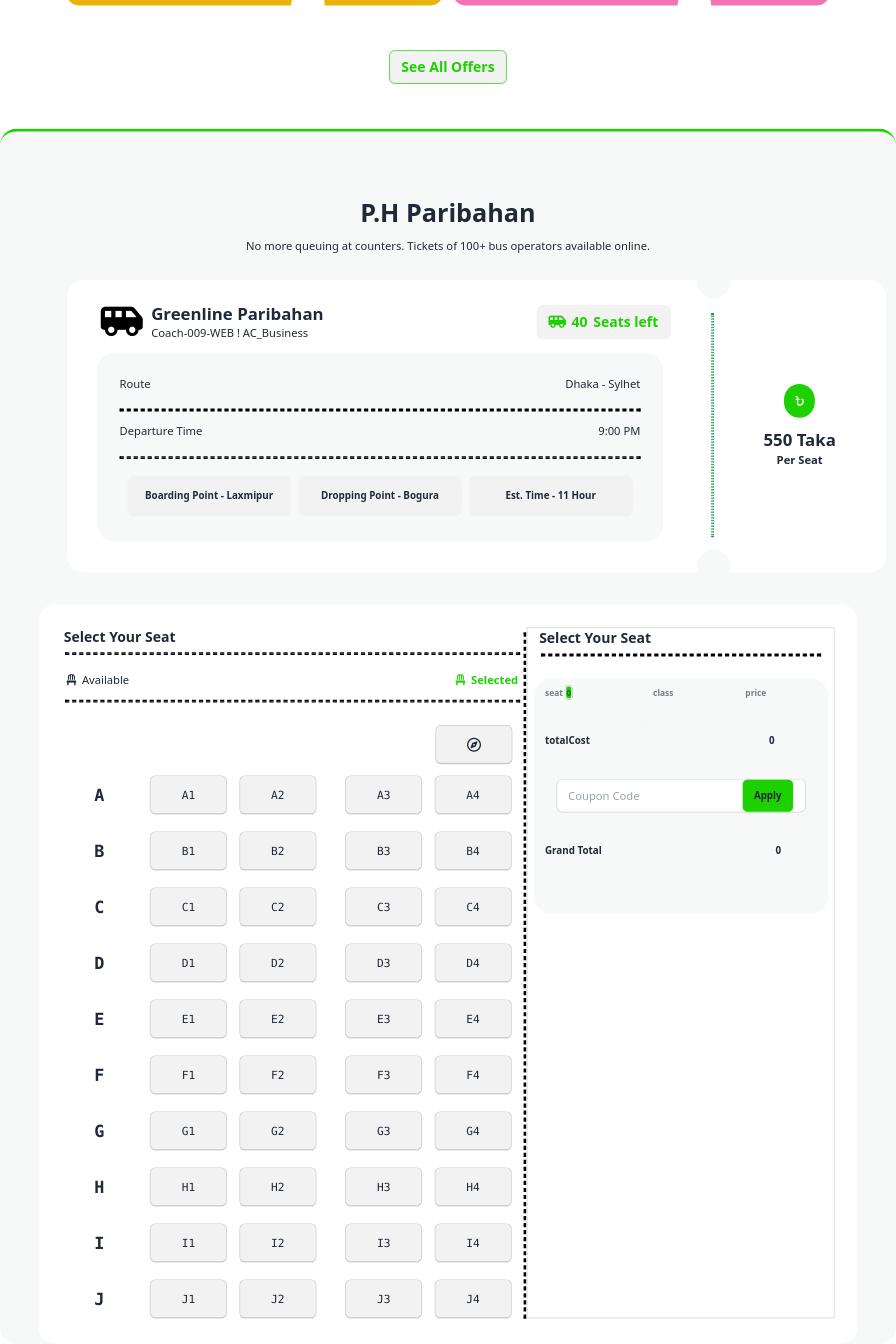
Repository: RudrasahaDibos/Smart-ticketing
Page: index.html
An editor plug-in stored every save of this project. The page is shown before and after a run of saves, followed by the edit.
The browser window is 1280 px wide. The pictures show the part of the page from y = 1134 to 3054 px (the page is 3054 px tall), at 70% of full size.
Some web fonts or font styles are not loaded; a fallback is used. Some web libraries are served in a nearby version.

Above is the page before, as saved 2024-11-10 16:09:26.

### index.html
<!DOCTYPE html>
<html lang="en">
  <head>
    <meta charset="UTF-8">
    <meta name="viewport" content="width=device-width, initial-scale=1.0">
    <title>Smart-ticketing</title>
    <!-- tailwind link -->
    <link href="https://cdn.jsdelivr.net/npm/daisyui@4.12.14/dist/full.min.css"
      rel="stylesheet" type="text/css" />
    <script src="https://cdn.tailwindcss.com"></script>
    <!-- font awesome link -->
    <link rel="stylesheet"
      href="https://cdnjs.cloudflare.com/ajax/libs/font-awesome/6.6.0/css/all.min.css"
      integrity="sha512-Kc323vGBEqzTmouAECnVceyQqyqdsSiqLQISBL29aUW4U/M7pSPA/gEUZQqv1cwx4OnYxTxve5UMg5GT6L4JJg=="
      crossorigin="anonymous" referrerpolicy="no-referrer" />

    <!-- google fonts  -->
    <link rel="preconnect" href="https://fonts.googleapis.com">
    <link rel="preconnect" href="https://fonts.gstatic.com" crossorigin>
    <link
      href="https://fonts.googleapis.com/css2?family=Anton+SC&family=Manrope:wght@200..800&family=Raleway:ital,wght@0,100..900;1,100..900&display=swap"
      rel="stylesheet">

    <style>
.raleway{
  font-family: "Raleway", sans-serif;
}
</style>

  </head>
  <body>
    <!-- header ends here -->
    <header class="container mx-auto lg:pl-24 lg:pr-24 lg:pt-4 w-[1400px]">
      <div>
        <!-- navbar starts here -->
        <div class="navbar bg-base-100">
          <div class="navbar-start">
            <div class="dropdown">
              <div tabindex="0" role="button" class="btn btn-ghost lg:hidden">
                <svg
                  xmlns="http://www.w3.org/2000/svg"
                  class="h-5 w-5"
                  fill="none"
                  viewBox="0 0 24 24"
                  stroke="currentColor">
                  <path
                    stroke-linecap="round"
                    stroke-linejoin="round"
                    stroke-width="2"
                    d="M4 6h16M4 12h8m-8 6h16" />
                </svg>
              </div>
              <ul
                tabindex="0"
                class="menu menu-sm dropdown-content bg-base-100 rounded-box z-[1] mt-3 w-52 p-2 shadow">
                <li><a>Home</a></li>
                <li><a>About</a></li>
                <li><a>Destination</a></li>
                <li><a>Search</a></li>
              </ul>
            </div>
            <a class="btn btn-ghost text-2xl font-extrabold">E-Ticket</a>
          </div>
          <div class="navbar-center hidden lg:flex">
            <ul class="menu menu-horizontal px-1">
              <li><a>Home</a></li>
              <li><a>About</a></li>
              <li><a>Destination</a></li>
              <li><a>Search</a></li>
            </ul>
          </div>
          <div class="navbar-end">
            <a class="btn text-[#1DD100]  border-1  text-xl">Bus <i
                class="fa-solid fa-van-shuttle"></i></a>
          </div>
        </div>
      </div>

      <!-- banner start here -->

      <div
        class="hero h-[550px] mt-8 bg-[url('/images/banner.png')] rounded-3xl relative">

        <div class="hero-content text-neutral-content text-center">
          <div class>
            <h1 class="mb-5 text-5xl font-extrabold">End-to-End Travel with <br>
              <span class="text-5xl text-[#1DD100]  font-extrabold">P
                Paribahan</span></h1>
            <p class="mb-5">
              A one-stop solution for your travel needs

              Introducing you to the Shohoz way of life
            </p>
            <button class="btn bg-[#1DD100] border-none">Buy Tickets</button>
          </div>
        </div>
      </div>

      <!-- banner end here -->

      <!-- 3 card start here  -->

      <div
        class=" flex justify-between items-center gap-4 pl-16 pr-16 absolute -bottom-4   ">
        <div
          class="stat flex bg-white justify-center items-center shadow-xl  border-b-4 border-b-[#1DD100]  rounded-2xl w-[338px] h-[138px]">
          <div class="text-[#1DD100] text-2xl font-extrabold ">
            <i class="fa-solid fa-users"></i>
          </div>

          <div>
            <div class="stat-value">500K+</div>
            <div class="stat-desc text-xl ">Registered users</div>
          </div>

        </div>

        <div
          class="stat flex bg-white justify-center items-center  border-b-4 border-b-[#1DD100] shadow-xl  rounded-2xl w-[338px] h-[138px]">
          <div class="text-[#1DD100] text-2xl font-extrabold ">
            <i class="fa-solid fa-ticket  "></i>

          </div>

          <div>
            <div class="stat-value">1.7 lacks</div>
            <div class="stat-desc text-xl ">Tickets sold</div>
          </div>

        </div>

        <div
          class="stat flex bg-white justify-center items-center  border-b-4 border-b-[#1DD100] shadow-xl  rounded-2xl w-[338px] h-[138px]">
          <div class="text-[#1DD100] text-2xl font-extrabold ">
            <i class="fa-solid fa-van-shuttle"></i>

          </div>

          <div>
            <div class="stat-value">80K+</div>
            <div class="stat-desc text-xl ">Rental partners</div>
          </div>

        </div>
      </div>

      <!-- 3 card ends here -->

      <!-- navbar Ends here -->
    </header>
    <!-- header ends here -->

    <!-- main start here -->
    <main class>
      <!-- Best offers for you start here -->
      <section
        class="mt-40 container mx-auto  lg:pl-24 lg:pr-24 lg:pt-4 w-[1400px]">
        <h1 class="text-4xl font-semibold text-center">Best offers for you</h1>
        <!-- two card start here -->
        <div class="flex  flex-col lg:flex-row gap-4 mt-10">
          <div class="bg-yellow-500  w-[573px] h-[220px]  rounded-2xl">

            <div>

              <div class=" w-[50%] mt-14 ml-14">
                <h1 class="text-4xl font-extrabold">15% OFF</h1>
                <p class="text-xl font-bold">on your next purchase</p>
                <p class="text-xl font-bold">use by January 2024</p>
              </div>

              <div class=" w-1/4 -mt-20 ml-auto mr-14  text-center">
                <h1 class="text-4xl font-extrabold">NEW15</h1>
                <p class="text-xl font-bold">Coupon Code</p>

              </div>
            </div>
            <p
              class="bg-white w-[48px] h-[48px] absolute mx-auto rounded-full ml-80 -mt-40  "></p>
            <p
              class="bg-white w-[48px] h-[48px] absolute mx-auto rounded-full ml-80 mt-[55px]  "></p>
            <p
              class="border-2 border-dotted border-white relative w-0 h-32 -mt-[95px] ml-[343px]  "></p>

          </div>
          <div class="bg-pink-400   w-[573px] h-[220px] rounded-2xl">
            <div>

              <div class=" w-[50%] mt-14 ml-14">
                <h1 class="text-4xl font-extrabold">20% OFF</h1>
                <p class="text-xl font-bold">on your next purchase</p>
                <p class="text-xl font-bold">use by January 2024</p>
              </div>

              <div class="  w-2/4 -mt-20 ml-[300px] mr-14  text-center">
                <h1 class="text-4xl font-extrabold">Couple 20</h1>
                <p class="text-xl font-bold">Coupon Code</p>

              </div>
            </div>
            <p
              class="bg-white w-[48px] h-[48px] absolute mx-auto rounded-full ml-80 -mt-40  "></p>
            <p
              class="bg-white w-[48px] h-[48px] absolute mx-auto rounded-full ml-80 mt-[55px]  "></p>
            <p
              class="border-2 border-dotted border-white relative w-0 h-32 -mt-[95px] ml-[343px]  "></p>
          </div>
        </div>
        <div class=" text-center mt-16">
          <a class="btn text-[#1DD100]  border-1 border-[#1DD100] text-xl">See
            All Offers
          </a>
        </div>
        <!-- two card end here -->
      </section>

      <!-- Best offers for you ends here -->
      <!-- tickeing process start here -->
      <section
        class="bg-[#F7F8F8] w-full min-h-screen rounded-3xl mt-16 border-t-4 border-t-[#1DD100]">

        <div class="container mx-auto  lg:pl-24 lg:pr-24 lg:pt-4 w-[1400px]">
          <h1 class="text-4xl font-semibold text-center mt-20">P.H Paribahan
          </h1>
          <p class=" text-center w-[736px] h-[60px] mx-auto mt-4">No more
            queuing at counters. Tickets of 100+ bus operators available online.
          </p>
          <!-- Greenline Paribahan  start here-->

          <div
            class="bg-[#FFFFFF] w-[1170px] h-[418px] rounded-3xl  container mx-auto p-8 flex justify-between ">
            <div class=" w-3/4">
              <!-- Coach-009-WEB ! AC_Business start here -->
              <div class="flex justify-between ">

                <div class="flex justify-center items-center gap-3 ml-4 ">
                  <div class="text-5xl text-black  ">
                    <i class="fa-solid fa-van-shuttle "></i>
                  </div>
                  <div>
                    <h1 class="text-2xl font-bold">Greenline Paribahan</h1>
                    <p>Coach-009-WEB ! AC_Business</p>
                  </div>
                </div>

                <div class="flex felx-col justify-end mt-1">
                  <a class="btn text-[#1DD100]  border-1  text-xl"> <i
                      class="fa-solid fa-van-shuttle"></i> <span>40</span> Seats
                    left </a>
                </div>
              </div>
              <!-- Coach-009-WEB ! AC_Business end here -->

              <!-- Dhaka - Sylhet starts here -->
              <div
                class="bg-[#F7F8F8] w-[808px] h-[270px] mt-4 mx-auto rounded-3xl">

                <div class>
                  <div class="flex justify-between p-4 ">
                    <h1 class="ml-4 mt-4">Route</h1>
                    <h1 class="mr-4 mt-4">Dhaka - Sylhet</h1>
                  </div>

                  <div
                    class="border-dashed border-black border-2 mt-2  w-[744px] mx-auto h-0"></div>

                  <div class="flex justify-between p-4 ">
                    <h1 class="ml-4">Departure Time</h1>
                    <h1 class="mr-4">9:00 PM</h1>
                  </div>
                  <div
                    class="border-dashed border-black border-2 mt-2  w-[744px] mx-auto h-0"></div>

                  <div class="mt-2 p-4 flex justify-center items-center gap-3">
                    <button class="btn   w-[232px] h-[56px]">Boarding Point -
                      Laxmipur</button>
                    <button class="btn  w-[232px] h-[56px]">Dropping Point -
                      Bogura</button>
                    <button class="btn  w-[232px] h-[56px]">Est. Time - 11
                      Hour</button>
                  </div>
                </div>
              </div>
              <!-- Dhaka - Sylhet end here -->

            </div>

            <div
              class=" text-center flex flex-col justify-center items-center mr-10">
              <i
                class="fa-solid fa-bangladeshi-taka-sign bg-[#1DD100] rounded-full  p-4 text-white "></i>
              <h1 class="text-2xl font-semibold mt-4"><span>550</span> Taka</h1>
              <p class="font-bold">Per Seat</p>
            </div>

          </div>
          <p
            class="bg-[#F7F8F8] w-[48px] h-[48px] absolute mx-auto rounded-full ml-[900px] -mt-[440px]  "></p>
          <p
            class="bg-[#F7F8F8] w-[48px] h-[48px] absolute mx-auto rounded-full ml-[900px] -mt-8  "></p>
          <p
            class="border-2 border-dotted border-green-600 relative w-0 h-80 -mt-[370px] ml-[920px]  "></p>

          <!-- Greenline Paribahan  ends here-->
        </div>

        <!-- Select Your Seat star here  -->
        <div
          class="bg-[#FFFFFF] w-[1170px] h-[1056px] rounded-3xl mt-24 container mx-auto  ">

          <div class="flex justify-between p-8">
            <div class="w-3/5 ">
              <p class="font-semibold text-xl ml-1">Select Your Seat</p>
              <div
                class="border-dashed border-black border-2 mt-2  w-[650px] mx-auto h-0"></div>
              <!-- seat available start here -->
              <div class="flex justify-between mt-4">

                <div class="flex gap-2 justify-center items-center p-2 ">
                  <i class="fa-solid fa-chair"></i>
                  <p>Available</p>
                </div>
                <div
                  class="flex gap-2 justify-center items-center p-2 text-[#1DD100] ">
                  <i class="fa-solid fa-chair font-bold"></i>
                  <p class="font-bold">Selected</p>
                </div>

              </div>
              <!-- seat available ends here -->
              <div
                class="border-dashed border-black border-2 mt-2  w-[650px] mx-auto h-0"></div>
                <!-- seat planing start here -->
               <div class="mt-8">
                    <div class="text-end  mr-4">
                      <kbd class="kbd  h-[56px] w-[110px] text-center mx-auto "><i class="fa-regular fa-compass text-xl"></i></kbd>
                    </div>
                    <!-- seat  start here-->
                     <div class="flex  justify-between">
                          <!-- seat is with door start -->
                          <div class="grid grid-cols-3  w-3/5 ">
                                  <div class="mx-auto mt-4 space-y-6">
                                    <kbd class="kbd  w-[110px] h-[56px] bg-[#ffffff]  border-none font-bold text-2xl">A</kbd>
                                    <kbd class="kbd  w-[110px] h-[56px]  bg-[#ffffff] border-none font-bold text-2xl">B</kbd>
                                    <kbd class="kbd  w-[110px] h-[56px]  bg-[#ffffff] border-none font-bold text-2xl">C</kbd>
                                    <kbd class="kbd  w-[110px] h-[56px]  bg-[#ffffff] border-none font-bold text-2xl">D</kbd>
                                    <kbd class="kbd  w-[110px] h-[56px]  bg-[#ffffff] border-none font-bold text-2xl">E</kbd>
                                    <kbd class="kbd  w-[110px] h-[56px]  bg-[#ffffff] border-none font-bold text-2xl">F</kbd>
                                    <kbd class="kbd  w-[110px] h-[56px]  bg-[#ffffff] border-none font-bold text-2xl">G</kbd>
                                    <kbd class="kbd  w-[110px] h-[56px]  bg-[#ffffff] border-none font-bold text-2xl">H</kbd>
                                    <kbd class="kbd  w-[110px] h-[56px]  bg-[#ffffff] border-none font-bold text-2xl">I</kbd>
                                    <kbd class="kbd  w-[110px] h-[56px]  bg-[#ffffff] border-none font-bold text-2xl">J</kbd>
                                  </div>

                                  <div class="mt-4 space-y-6">
                                    <kbd class="kbd w-[110px] h-[56px] ">A1</kbd>
                                    <kbd class="kbd w-[110px] h-[56px] ">B1</kbd>
                                    <kbd class="kbd w-[110px] h-[56px] ">C1</kbd>
                                    <kbd class="kbd w-[110px] h-[56px] ">D1</kbd>
                                    <kbd class="kbd w-[110px] h-[56px] ">E1</kbd>
                                    <kbd class="kbd w-[110px] h-[56px] ">F1</kbd>
                                    <kbd class="kbd w-[110px] h-[56px] ">G1</kbd>
                                    <kbd class="kbd w-[110px] h-[56px] ">H1</kbd>
                                    <kbd class="kbd w-[110px] h-[56px] ">I1</kbd>
                                    <kbd class="kbd w-[110px] h-[56px] ">J1</kbd>
                                  </div>

                                  <div class="mt-4 space-y-6">
                                    <kbd class="kbd w-[110px] h-[56px] ">A2</kbd>
                                    <kbd class="kbd w-[110px] h-[56px] ">B2</kbd>
                                    <kbd class="kbd w-[110px] h-[56px] ">C2</kbd>
                                    <kbd class="kbd w-[110px] h-[56px] ">D2</kbd>
                                    <kbd class="kbd w-[110px] h-[56px] ">E2</kbd>
                                    <kbd class="kbd w-[110px] h-[56px] ">F2</kbd>
                                    <kbd class="kbd w-[110px] h-[56px] ">G2</kbd>
                                    <kbd class="kbd w-[110px] h-[56px] ">H2</kbd>
                                    <kbd class="kbd w-[110px] h-[56px] ">I2</kbd>
                                    <kbd class="kbd w-[110px] h-[56px] ">J2</kbd>
                                  </div>
                          </div>
                         <!-- seat is with door end -->

                          <!-- seat is driver start -->
                            <div class="grid grid-cols-2   w-2/5 ml-6">
                                    <div class="mx-auto mt-4 space-y-6">
                                      <kbd class="kbd w-[110px] h-[56px] ">A3</kbd>
                                      <kbd class="kbd w-[110px] h-[56px] ">B3</kbd>
                                      <kbd class="kbd w-[110px] h-[56px] ">C3</kbd>
                                      <kbd class="kbd w-[110px] h-[56px] ">D3</kbd>
                                      <kbd class="kbd w-[110px] h-[56px] ">E3</kbd>
                                      <kbd class="kbd w-[110px] h-[56px] ">F3</kbd>
                                      <kbd class="kbd w-[110px] h-[56px] ">G3</kbd>
                                      <kbd class="kbd w-[110px] h-[56px] ">H3</kbd>
                                      <kbd class="kbd w-[110px] h-[56px] ">I3</kbd>
                                      <kbd class="kbd w-[110px] h-[56px] ">J3</kbd>
                                    </div>
                                    <div class="mx-auto mt-4 space-y-6">
                                      <kbd class="kbd w-[110px] h-[56px] ">A4</kbd>
                                      <kbd class="kbd w-[110px] h-[56px] ">B4</kbd>
                                      <kbd class="kbd w-[110px] h-[56px] ">C4</kbd>
                                      <kbd class="kbd w-[110px] h-[56px] ">D4</kbd>
                                      <kbd class="kbd w-[110px] h-[56px] ">E4</kbd>
                                      <kbd class="kbd w-[110px] h-[56px] ">F4</kbd>
                                      <kbd class="kbd w-[110px] h-[56px] ">G4</kbd>
                                      <kbd class="kbd w-[110px] h-[56px] ">H4</kbd>
                                      <kbd class="kbd w-[110px] h-[56px] ">I4</kbd>
                                      <kbd class="kbd w-[110px] h-[56px] ">J4</kbd>
                                    </div>
                            </div>
                            <!-- seat is driver end -->
                     </div>

                     <!-- seat end here -->
               </div>

               <!-- seat planing end here -->



            </div>









            <div
              class="border-dashed border-black border-2 mt-2  w-[0px] mx-auto h-[980px]"></div>

            <div class="border-2  w-2/5 ">
              <p class="font-semibold text-xl ml-4">Select Your Seat</p>
              <div
                class="border-dashed border-black border-2 mt-2  w-[400px] mx-auto h-0"></div>

                <div class="bg-[#F7F8F8] w-[420px] h-[335px] rounded-3xl mx-auto mt-8 ">
                  <!-- table start here -->
                  <div class="overflow-x-auto">
                    <table class="table">
                      <!-- head -->
                      <thead>
                        <tr>

                          <th>seat <span class="bg-[#1DD100] rounded-full  border-2">0</span></th>
                          <th>class</th>
                          <th>price</th>
                        </tr>
                      </thead>
                      <tbody>
                        <!-- row 1 -->
                        <tr>

                          <td></td>
                          <td></td>
                          <td></td>
                        </tr>

                      </tbody>



                    </table>
                   <table class="table">
                    <tr>

                      <th> totalCost</th>
                      <th></th>
                      <th>0</th>
                    </tr>
                   </table>


                   <div class="p-8">
                    <label class="input input-bordered flex items-center gap-2 w-[]">
                      <input type="text" class="grow" placeholder="Coupon Code" />
                      <button class="btn  bg-[#1DD100]">Apply</button>
                    </label>
                   </div>
                    <table class="table">
                      <tr>

                        <th>Grand Total</th>
                        <th></th>
                        <th>0</th>
                      </tr>
                    </table>

                  </div>
                  <!-- table ends here -->
                </div>

            </div>
          </div>

        </div>

        <!-- Select Your Seat end here  -->

      </section>
      <!-- tickeing process ends here -->

    </main>
    <!-- main ends here -->

    <!-- js add -->
    <script src="index.js"></script>
  </body>
</html>

Loaded but not shown: index.js (common file)

After the next 2 saves:
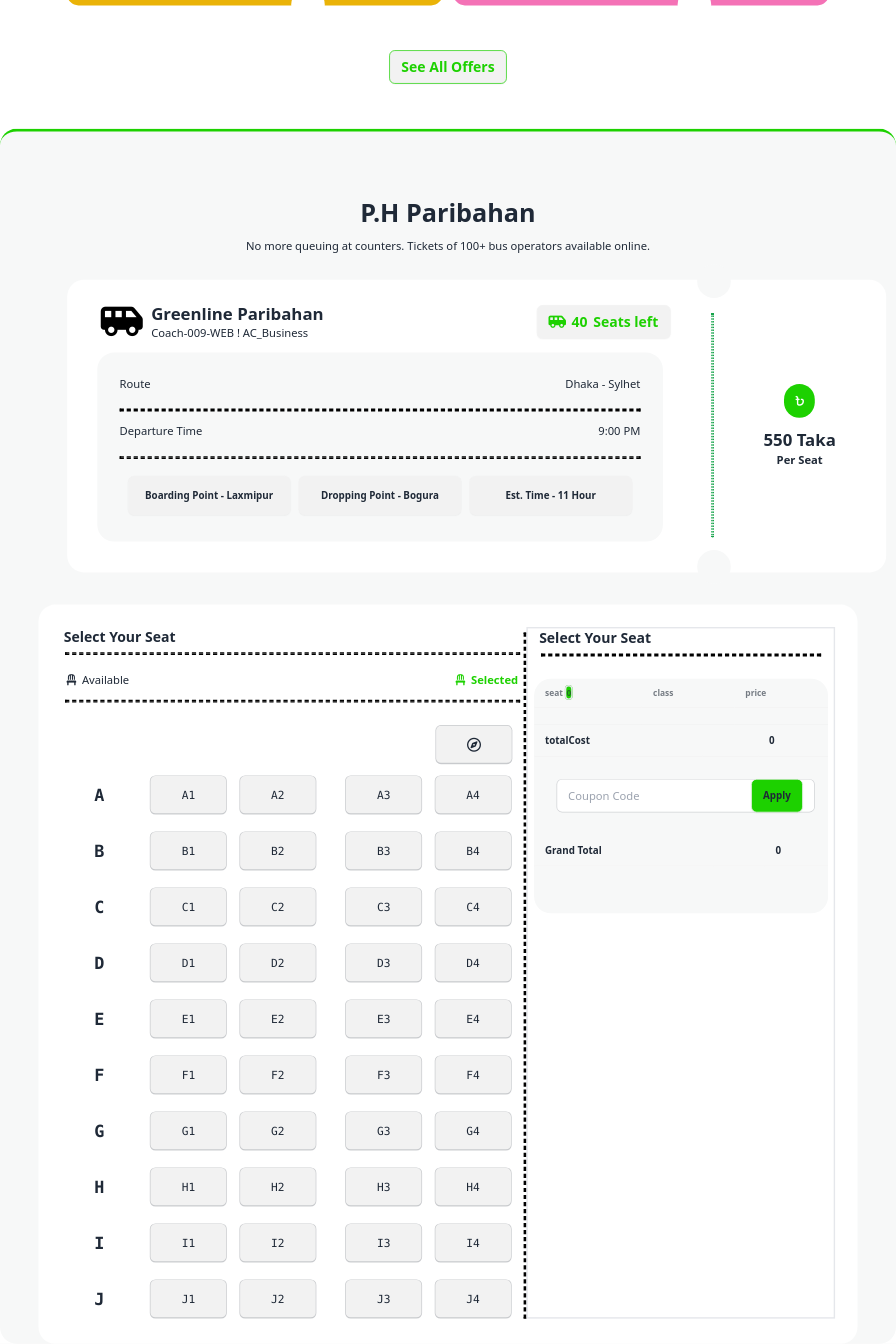
The 2 saves are shown as one change because they came seconds apart.
The last was saved 8 s later.
--- a/index.html
+++ b/index.html
@@ -472,7 +472,7 @@
 
 
                    <div class="p-8">
-                    <label class="input input-bordered flex items-center gap-2 w-[]">
+                    <label class="input input-bordered flex items-center gap-2 w-[369px] h-">
                       <input type="text" class="grow" placeholder="Coupon Code" />
                       <button class="btn  bg-[#1DD100]">Apply</button>
                     </label>
